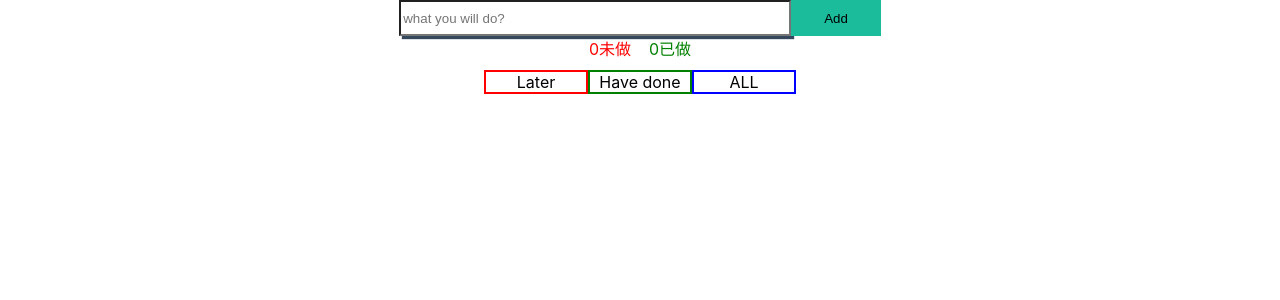
Repository: yurensmile/todolist
Page: /
These files come from the project's save history. The page is drawn as it stood at one moment and after the next save; the edit follows.
The browser window is 1280 px wide. The pictures show the whole page.
The project was rebuilt for these pictures with package versions that can differ from the ones it lists, and the page was loaded fresh each time. Also part of the build but not shown: src/All.js, src/HaveDone.js.

Above is the page before, as saved 2019-03-20 17:07:01.

### src/App.js
import React, { Component } from 'react';
import Todos from './Todos'
import './App.css';

class App extends Component {

  constructor() {
    super();
    this.state={
      inputValue: '',
      laters: [],
      havedones: [],
      checked: false,
      id: 1
    };
    this.updateHavedone = this.updateHavedone.bind(this);
    this.updateLaters = this.updateLaters.bind(this);
  }

  handleOnClick() {
    this.setState(state =>{
      const laters = state.laters.concat(state.inputValue);

      return {
        laters,
        inputValue: ""
      }
    })
    console.log(this.state.all);
  }
  updateInputValue(e) {
    this.setState({
      inputValue: e.target.value
    })
  }

// 点击了三栏内容
  contentOnclick(e) {
    let choice = e.target.innerHTML;
    this.setState((preState)=>{
      switch(choice){
        case "Later": return {id: 1};
        case "Have done": return {id: 2};
        case "ALL": return {id: 3};
        default: return {id:1};
      }
    })
  }

 // 如果todo中的某个被点击，则在todo中删除，并添加到havedone中
  updateHavedone(index, item){
    this.setState(state => {
      let n = state.laters.indexOf(item);
      let tem = state.laters.slice();
      tem.splice(n, 1);
      let havedones = state.havedones.concat(item);
      return ({
        havedones,
        laters: tem
      })
    })
  }

// 如果havedone中的某个被点击，则在havedone中删除，并添加到later中
  updateLaters(index, item){
    console.log("this is updatelaters");
    this.setState(state => {
      let n = state.havedones.indexOf(item);
      let tem = state.havedones.slice();
      tem.splice(n, 1);
      let laters = state.laters.concat(item);
      return({
        laters,
        havedones: tem
      })
    })
  }

  render() {
    return (
      <div className="App">
        <input type="text" placeholder="what you will do?" name="todo" value={this.state.inputValue} onChange={this.updateInputValue.bind(this)}/>
        <button onClick={this.handleOnClick.bind(this)}>Add</button><br/>
        <span style={{color: "red"}}>{this.state.laters.length}未做&nbsp;&nbsp;&nbsp;&nbsp;</span>
        <span style={{color: "green"}}>{this.state.havedones.length}已做</span>
        <div id="content" onClick={this.contentOnclick.bind(this)}>
          <div className="choice later">Later</div>
          <div className="choice havedone" >Have done</div>
          <div className="choice all">ALL</div>
        </div>
        {/* 列表内容 */}
        <Todos
          id={this.state.id}
          laters={this.state.laters}
          havedones={this.state.havedones}
          all={this.state.all}
          updateHavedones={this.updateHavedone}
          updateLaters={this.updateLaters}
        />
      </div>
    );
  }
}

export default App;

### src/Todos.js
import React, { Component } from 'react';
import All from './All'
import HaveDone from './HaveDone'
import Later from './Later'

class Todos extends Component{

  render(){
    return(
      <div>
        {
          (()=>{
            switch(this.props.id){
              case 1: return <Later laters={this.props.laters}
                                  updateHavedones={this.props.updateHavedones}
                                  />;
              case 2: return <HaveDone havedones={this.props.havedones}
                                  updateLaters={this.props.updateLaters}
                                  />;
              case 3: return <All laters={this.props.laters} havedones={this.props.havedones}/>
              default: console.log("sofunny");
            }

          })()}
      </div>
    )
  }
}
export default Todos;

### src/App.css
.App {
  text-align: center;
}

input[type="checkbox"]{
  visibility: hidden;
}

ul{
  list-style-type: none;
}
li{
  display: inline-block;
  width: 100px;
  height: 40px;
  line-height: 30px;
  height: 30px;
  margin-bottom: 4px;
}
.choice{
  margin-top: 10px;
  display: inline-block;
  width: 100px;
  text-align: center;
  border:2px solid rgb(197, 193, 193);
}
.later{
  border-color: red;
}
.havedone{
  border-color: green;
}
.all{
  border-color: blue;
}

.toggle{
  display: inline-block;
}
.App-link {
  color: #61dafb;
}
input[type="text" ]{
  width: 30%;
  height: 30px;
  box-shadow: 3px 3px 1px rgba(52, 73, 94,1.0);
}

button{
  background-color: rgba(26, 188, 156,1.0);
  border: 0px;
  width: 7%;
  height: 36px;
}

### src/Later.js
import React, { Component } from 'react';

class Later extends Component{
  constructor(props){
    super(props);
    this.state = {
      checked: false,
    };
  }

  // 点击了todo 列表的内容
  handleTodoOnclick(checked, index, item, e){
    // if e.target is not text
        // let box = e.target.previousSibling;
        this.setState((preState)=>{
          return {checked: !preState.checked}
        });
        if(checked){
          // thing to later
          // box.checked = false;
        }else{
          // thing to have done
          // box.checked = true;
  //如果later中的某个被点击，则在later中删除，并添加到havedone中
          this.props.updateHavedones(index, item);
        }
      }
  render(){
    return (
      <ul>
        {this.props.laters.map((item, index)=>{
          return (
            <div onClick={
              this.handleTodoOnclick.bind(this, this.state.checked, index, item)
              }>
              <input className="toggle" type="checkbox"/>
              <li style={{color: "red"}} key={index}>{item}</li>
            </div>
          )
        })}
      </ul>
    )
  }
}

export default Later;

Loaded but not shown: public/index.html (common file); src/index.js (common file); src/index.css (common file); src/serviceWorker.js (common file)

After the next save:
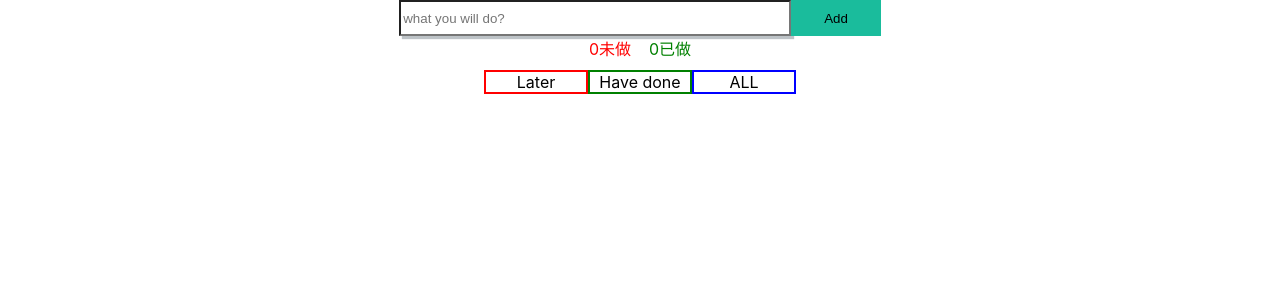
Saved 11 s later.
--- a/src/App.css
+++ b/src/App.css
@@ -43,7 +43,7 @@ li{
 input[type="text" ]{
   width: 30%;
   height: 30px;
-  box-shadow: 3px 3px 1px rgba(52, 73, 94,1.0);
+  box-shadow: 3px 3px 1px rgba(189, 195, 199,1.0);
 }
 
 button{
